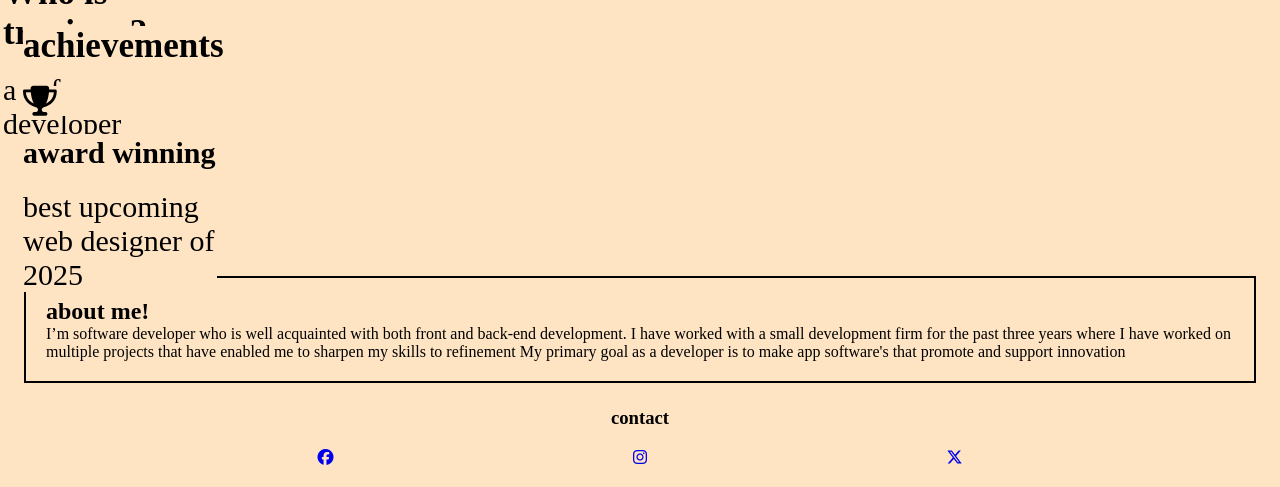
Repository: travinne/travthegr88
Page: desktop/portfolio/index.html
These files come from the project's save history. The page is drawn as it stood at one moment and after the next save; the edit follows.
The browser window is 1280 px wide. The pictures show the part of the page from y = 588 to 1075 px (the page is 1075 px tall).
Some web fonts or font styles are not loaded; a fallback is used.

Above is the page before, as saved 2025-03-03 08:06:53.

### desktop/portfolio/index.html
<!DOCTYPE html>
<html lang="en">
<head>
    <meta charset="UTF-8">
    <meta name="viewport" content="width=device-width, initial-scale=1.0">
    <title>PORTFOLIO</title>
    <link rel="stylesheet" href="css/style.css">
    <link rel="stylesheet"href="https://cdnjs.cloudflare.com/ajax/libs/font-awesome/6.5.1/css/all.min.css">
    <link rel="preconnect" href="https://fonts.googleapis.com">
    <link rel="preconnect" href="https://fonts.gstatic.com" crossorigin>
    <link href="https://fonts.googleapis.com/css2?family=Montserrat:ital,wght@0,100..900;1,100..900&family=Oswald:wght@200..700&family=Playwrite+IT+Moderna:wght@100..400&display=swap" rel="stylesheet">

</head>
<body>
    <main>
        <section class="container">
            <div class="box1">
                <header class="me">
                    <nav>
                        <ul>
                        <li><a href="#">pictures</a></li>
                        <li><a href="#">about</a></li>
                        <li><a href="#">more</a></li>
                        <li><a href="#">projects</a></li>
                        </ul>
                    </nav>
                </header>
            </div>
            <div class="box2">
                <h3>Who is travinne?</h3>
                <p>a sofware developer</p>
                </div>

            <div class="box3">
                <h3>achievements</h3>
                    <i class="fa-solid fa-trophy"></i>
                    <h4>award winning</h4>
                    <p>best upcoming web designer of 2025</p>
            </div>
            </div>
        </section>
        <section class="about">
            <h2>about me!</h2>
                    <p>
                I’m software developer who is well acquainted with both front and back-end development. I have worked with a small development firm for the past three years where I have worked on multiple projects that have enabled me to sharpen my skills to refinement

My primary goal as a developer is to make app software's that promote and support innovation
                   </p>
        </section>
        <section>
            <footer>
                <h3>contact</h3>
                <div class="foot">
                <a href="#"><i class="fa-brands fa-facebook"></i></a>
                <a href="#"><i class="fa-brands fa-instagram"></i></a>
                <a href="#"><i class="fa-brands fa-x-twitter"></i></a>
                </div>
            </footer>
        </section>
    </main>



</body>
</html>

### desktop/portfolio/css/style.css



@import url('https://fonts.googleapis.com/css2?family=Playwrite+IT+Moderna:wght@100..400&display=swap');



 *{
    background-color: bisque;
    margin: 0;
    padding: 0;
    box-sizing: border-box;

}


.me{background-image: url(../images/Screenshots/myimage.png);
height:540px;
padding: 50PX;
background-repeat: no-repeat;
text-transform: uppercase;
font-size: 30px;
}

nav ul{
    list-style-type: none;
    padding: 0%;
    margin: 0%;
}

nav a{

    display:flex;
    justify-content: space-between;
    font-size: medium;
    color: grey;
    font-weight: 700;
    background-color: black;
    padding: 15px;
    text-decoration: none;
    overflow: hidden;
    text-align:end;


}

nav a:hover{
    color: orange;

}
nav li{
    float: left;
}


.container{
    display: flex;
    padding: 48px 0px;
    gap: 32px;
    width: 70%;
    flex-direction: column;




}

  .box1{
    height: 540px;
    width: 540px;
    align-content: center;

 }

 .box2{
    height: 50px;
    width: 200px;
    margin-bottom:  20px; ;
    justify-content:center;
    font-size: 30px;
    display: flex;
    flex-direction: column;
    gap: 20px;
    padding: 3px;
    margin-right: 20px;

 }

 .box3{
    height: 50px;
    width: 200px;
    margin-bottom: 20px;
    justify-content: center;
    font-size: 30px;
    display: flex;
    gap: 20px;
    flex-direction: column;
    padding: 3px;
    margin-left: 20px;
 }
 .about{
    margin: 24px;
    border: 2px solid;
    padding: 20px;

 }

 footer h3{
    text-align: center;
 }

 .foot{
    text-align: center;
    justify-content: space-evenly;
    display: flex;
    margin: 20px;
    gap: 2px;
 }

After the next save:
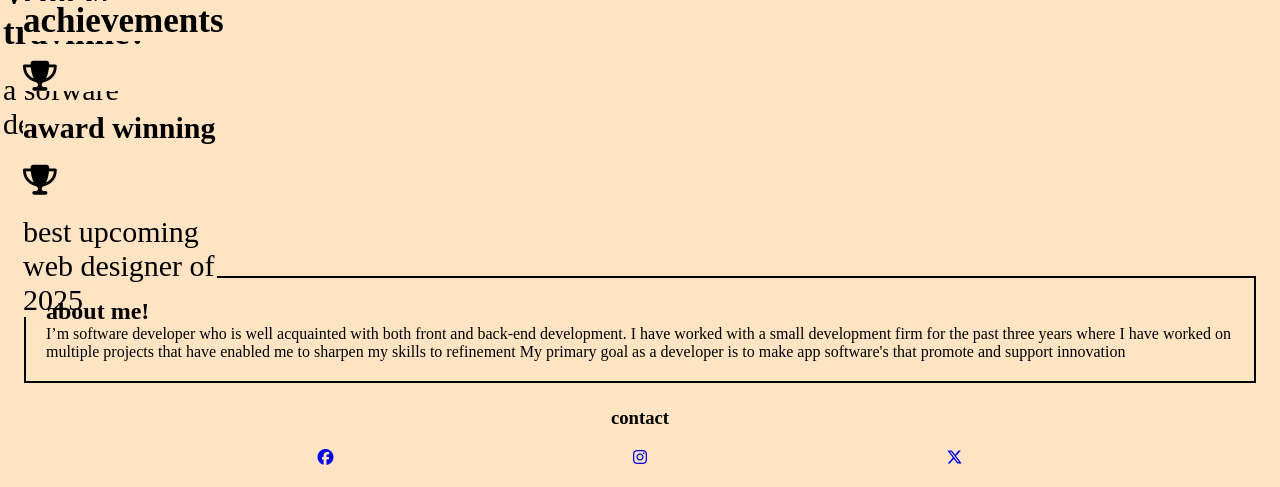
Saved 39 s later.
--- a/desktop/portfolio/index.html
+++ b/desktop/portfolio/index.html
@@ -35,6 +35,7 @@
                 <h3>achievements</h3>
                     <i class="fa-solid fa-trophy"></i>
                     <h4>award winning</h4>
+                    <i class="fa-solid fa-trophy"></i>
                     <p>best upcoming web designer of 2025</p>
             </div>
             </div>
